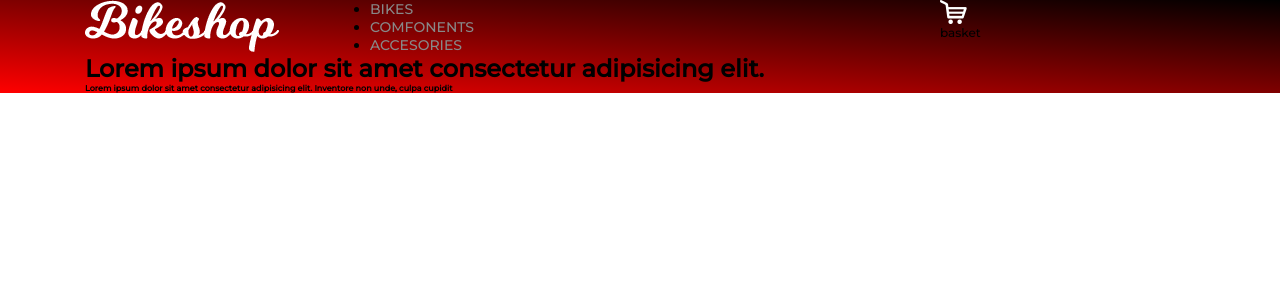
Repository: vanphongnguyen1/webDemo
Page: Bikeshop/index.html
The author's editor kept a copy of each file at every save. The page is drawn from the files as they stood at one save, then again after the next save.
The browser window is 1280 px wide. The pictures show the whole page.
The style sheet was rebuilt from its Sass, Less or Tailwind sources for each picture, by a compiler version that may differ from the author's.

Above is the page before, as saved 2020-09-04 13:44:16.

After the next save:
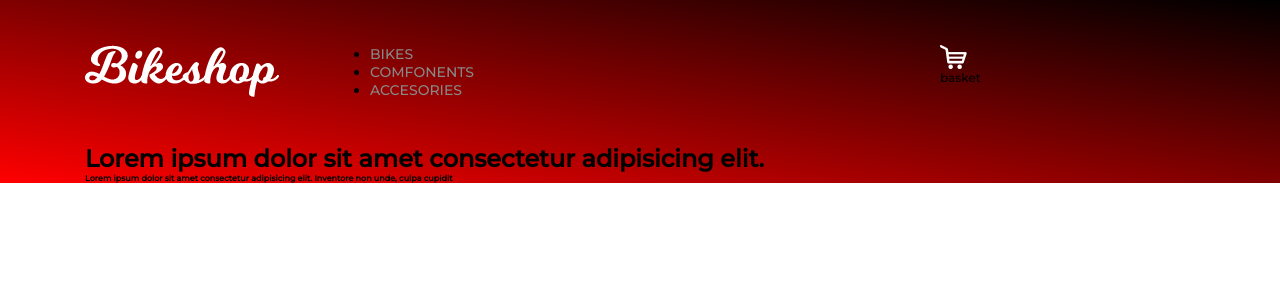
Saved 3 min 45 s later.
--- a/Bikeshop/sass/components/_header.scss
+++ b/Bikeshop/sass/components/_header.scss
@@ -1,6 +1,7 @@
 header {
     background-image: linear-gradient(to top right,red,black),;
     .nav {
+        padding: 4.5rem 0;
         .logo {}
         .menu {
             &__list {
